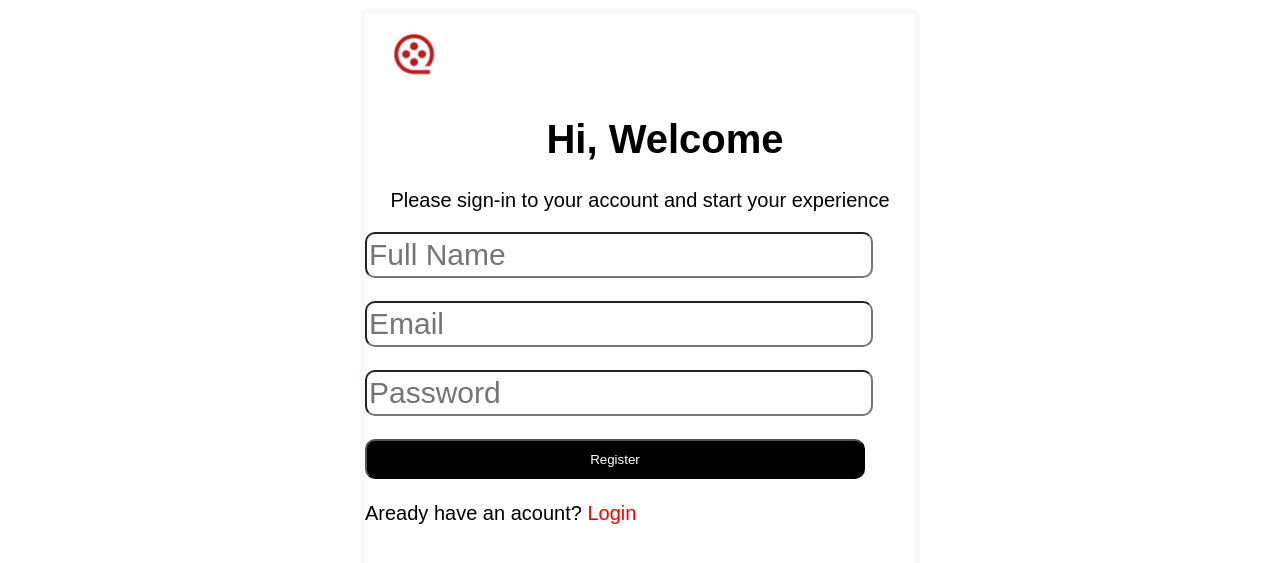
Repository: KingBoyMaylow/movie-task
Page: index.html
These files come from the project's save history. The page is drawn as it stood at one moment and after the next save; the edit follows.
The browser window is 1280 px wide. The pictures show the whole page.

Above is the page before, as saved 2024-05-20 13:56:43.

After the next save:
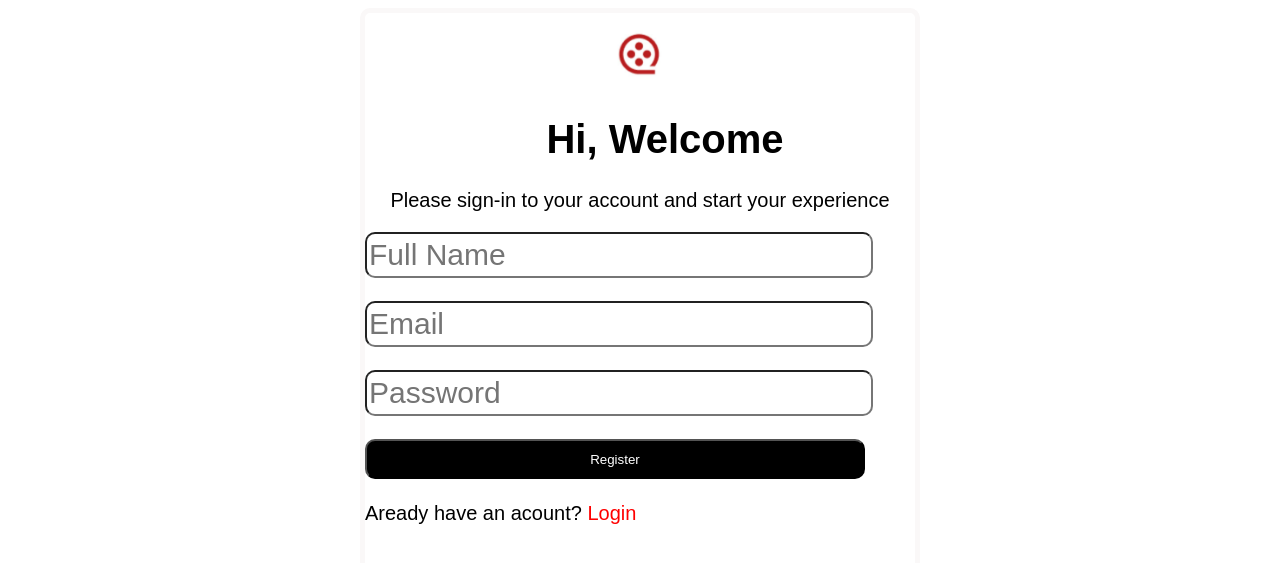
Saved 8 s later.
--- a/script.css
+++ b/script.css
@@ -27,7 +27,7 @@ h1{
 img{
     width: 100px;
     display: block;
-    margin: ;
+    margin: auto;
 
 }
 .firstdiv{
